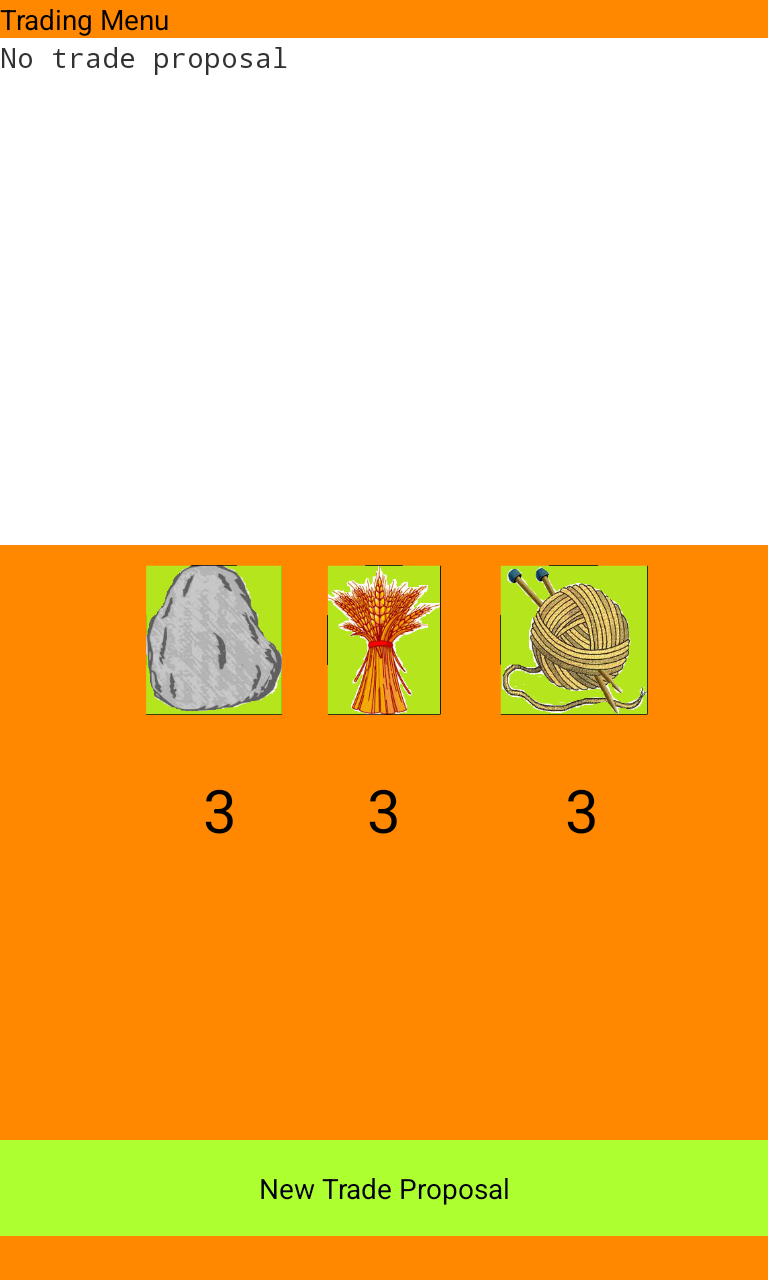
Repository: nidafarooqui/Trading-Game-Version-3
Layout: TaikunServer/res/layout/activity_taikun_game.xml
These files come from the project's save history. The layout is drawn as it stood at one moment and after the next save; the edit follows.
It is drawn on a 768 x 1280 px phone screen (xhdpi) without system bars, with theme AppTheme; the app's code is not run.

Above is the layout before, as saved 2014-08-17 00:23:48.

After the next save:
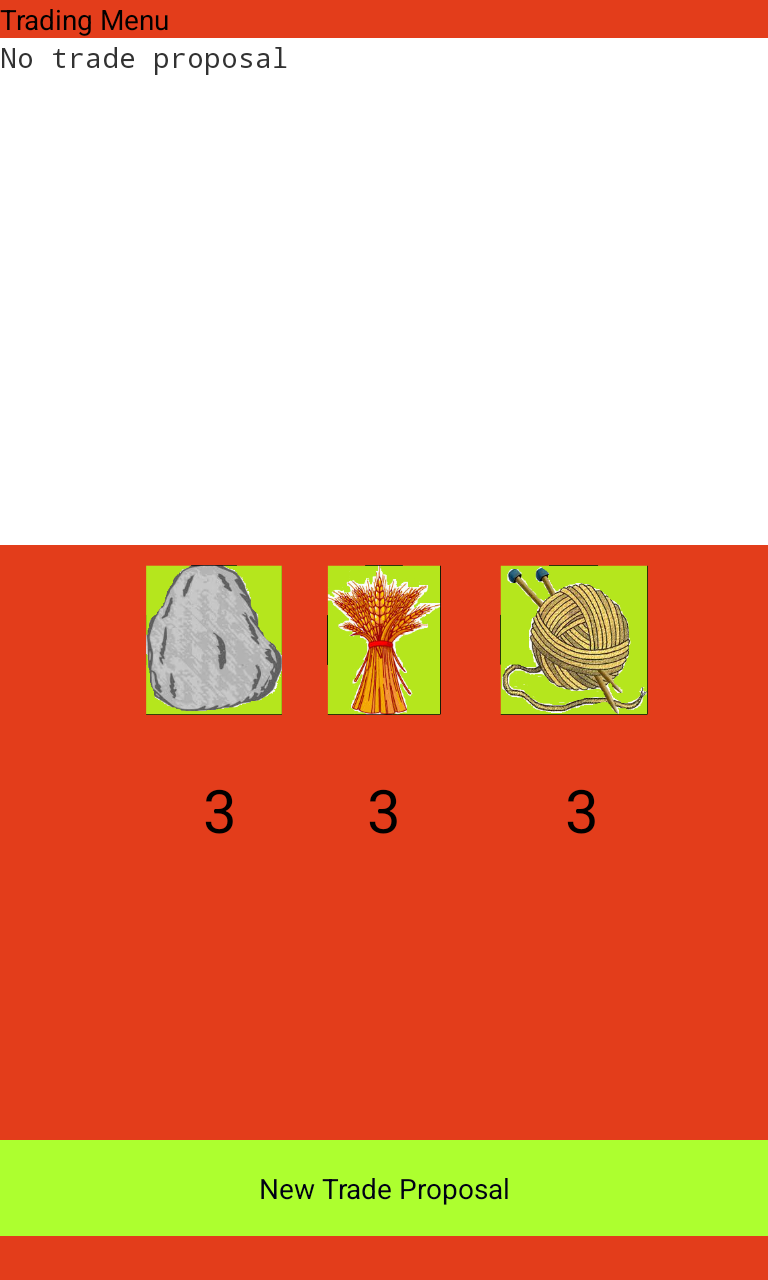
Saved 57 s later.
--- a/TaikunServer/res/layout/activity_taikun_game.xml
+++ b/TaikunServer/res/layout/activity_taikun_game.xml
@@ -2,7 +2,7 @@
     xmlns:tools="http://schemas.android.com/tools"
     android:layout_width="match_parent"
     android:layout_height="match_parent"
-    android:background="@android:color/holo_orange_dark"
+    android:background="@color/orrange"
     tools:context="${relativePackage}.${activityClass}"
     tools:ignore="HardcodedText" >
 
